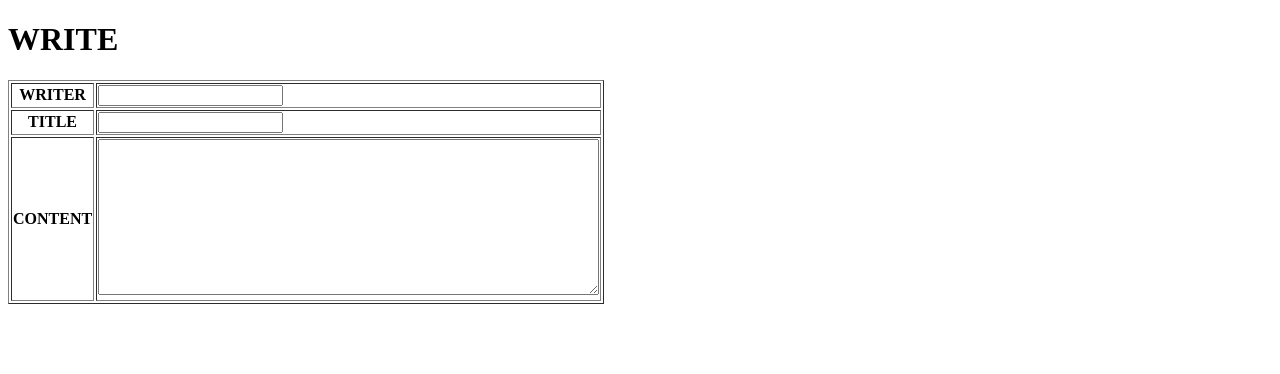
Repository: leedh909/Academy-web-
Page: http://localhost/Jsp08_MVC/boardwrite.jsp
These files come from the project's save history. The page is drawn as it stood at one moment and after the next save; the edit follows.
The browser window is 1280 px wide. The pictures show the whole page.
The page is served by Tomcat 9. Other server files are loaded and not shown.

Above is the page before, as saved 2020-07-07 01:29:46.

### 실습자료/eclipse-servlet/Jsp08_MVC/WebContent/boardwrite.jsp
<%@ page language="java" contentType="text/html; charset=UTF-8"
    pageEncoding="UTF-8"%>

<% request.setCharacterEncoding("UTF-8");%>
<% response.setContentType("text/html; charset=UTF-8"); %>


<!DOCTYPE html>
<html>
<head>
<meta charset="UTF-8">
<title>Insert title here</title>
</head>
<body>
	<h1>WRITE</h1>
	<form action="controller.do" method="post">
		<input type="hidden" name="command" value="boardwrite">
		<table border="1">
			<tr>
				<th>WRITER</th>
				<td><input type="text" name="writer"></td>
			</tr>
			<tr>
				<th>TITLE</th>
				<td><input type="text" name="title"></td>
			</tr>
			<tr>
				<th>CONTENT</th>
				<td><textarea rows="10" cols="60" name="content"></textarea> </td>
			</tr>
		</table>

	</form>
</body>
</html>

After the next save:
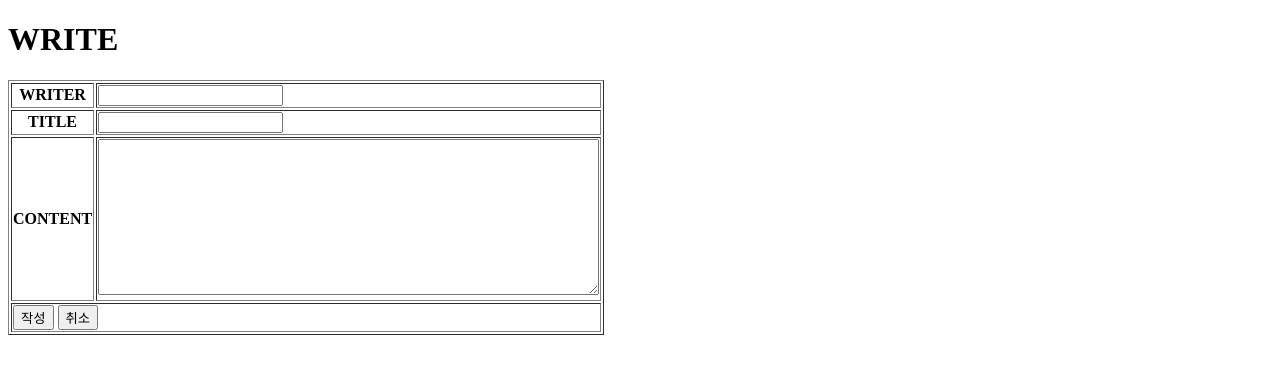
Saved 2 min 6 s later.
--- a/실습자료/eclipse-servlet/Jsp08_MVC/WebContent/boardwrite.jsp
+++ b/실습자료/eclipse-servlet/Jsp08_MVC/WebContent/boardwrite.jsp
@@ -28,6 +28,12 @@
 				<th>CONTENT</th>
 				<td><textarea rows="10" cols="60" name="content"></textarea> </td>
 			</tr>
+			<tr>
+				<td colspan="2">
+					<input type="submit" value="작성">
+					<input type="button" value="취소" onclick="location.href='controller.do?command=list'">
+				</td>
+			</tr>
 		</table>
 
 	</form>
